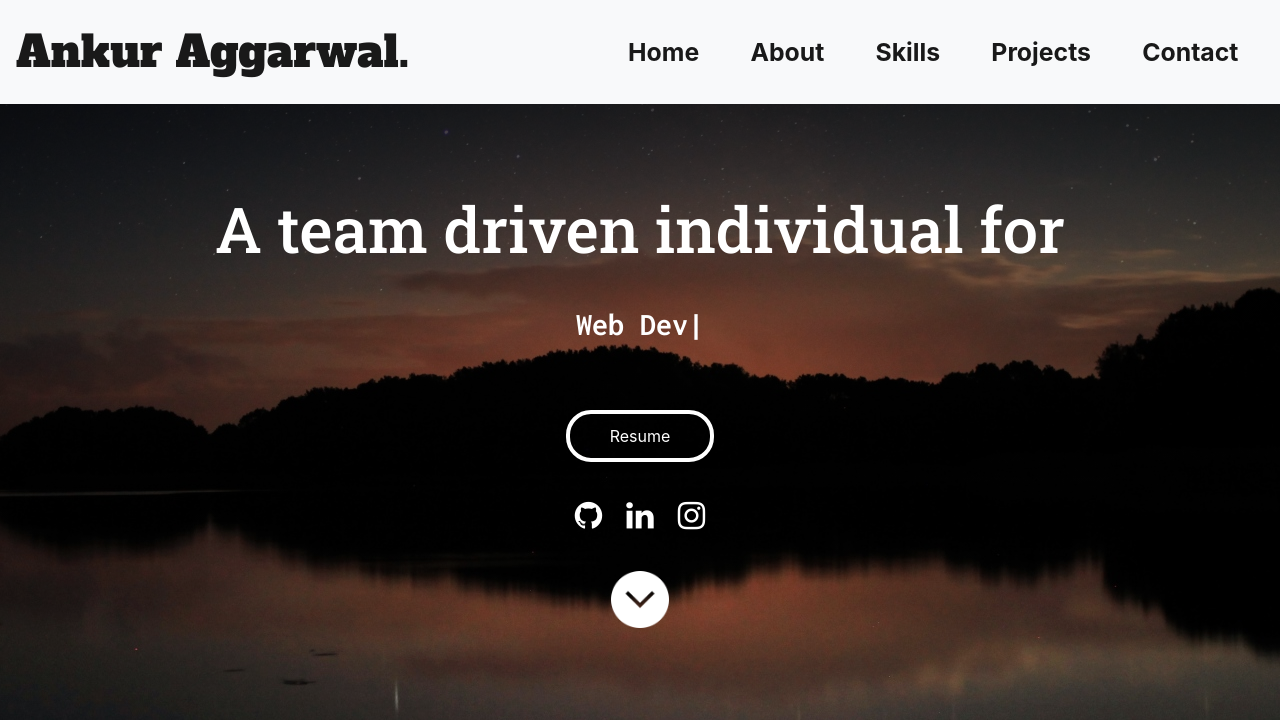
Repository: AnkurDevv/PersonalWebsite
Page: index.html
The author's editor kept a copy of each file at every save. The page is drawn from the files as they stood at one save, then again after the next save.
The browser window is 1280 px wide. The pictures show the whole page.

Above is the page before, as saved 2020-09-13 17:09:18.

### index.html
<!DOCTYPE html>
<html>

<head>
  <meta charset="utf-8">
  <meta http-equiv="X-UA-Compatible" content="IE=edge">
  <title>Ankur Aggarwal</title>
  <meta name="description" content="">
  <meta name="viewport" content="width=device-width, initial-scale=1">
  <!-- FONT AWESOME FOR SOCIAL MEDIA ICONS -->
  <link rel="stylesheet" href="https://cdnjs.cloudflare.com/ajax/libs/font-awesome/4.7.0/css/font-awesome.min.css">
  <!-- Importing Bootstrap here -->
  <link rel="stylesheet" href="https://stackpath.bootstrapcdn.com/bootstrap/4.4.1/css/bootstrap.min.css"
    integrity="sha384-Vkoo8x4CGsO3+Hhxv8T/Q5PaXtkKtu6ug5TOeNV6gBiFeWPGFN9MuhOf23Q9Ifjh" crossorigin="anonymous">
  <!--CUSTOM CSS FOR THE PAGE  -->
  <link rel="stylesheet" href="./style/index.css">
  <!-- FOR COOL ANIMATION EFFECTS -->
  <link rel="stylesheet" href="./style/animate.css">
  <!-- FOR COOL TYPING EFFECTS -->
  <script src="https://cdn.jsdelivr.net/npm/typed.js@2.0.11"></script>
  <!-- FOR GOOGLE FONTS - START -->
  <!-- for main heading -->
  <link
    href="https://fonts.googleapis.com/css2?family=Merienda:wght@700&family=Pacifico&family=Roboto&family=Roboto+Slab:wght@500&display=swap"
    rel="stylesheet">
  <!-- For Sub heading -->
  <link
    href="https://fonts.googleapis.com/css2?family=Inconsolata:wght@700&family=Merienda:wght@700&family=Pacifico&family=Roboto&family=Roboto+Slab:wght@500&display=swap"
    rel="stylesheet">
  <!-- For Navbar Logo -->
  <link href="https://fonts.googleapis.com/css2?family=Alfa+Slab+One&display=swap" rel="stylesheet">
  <!-- FOR GOOGLE FONTS - END -->
</head>

<body>
  <header>
    <nav class="navbar navbar-expand-lg navbar-light bg-light">
      <a class="navbar-brand" id="Brand-logo">Ankur Aggarwal.</a>
      <button class="navbar-toggler" type="button" data-toggle="collapse" data-target="#navbarNav"
        aria-controls="navbarNav" aria-expanded="false" aria-label="Toggle navigation">
        <span class="navbar-toggler-icon"></span>
      </button>
      <div class="collapse navbar-collapse" id="navbarNav">
        <ul class="navbar-nav">
          <li class="nav-item active">
            <a class="nav-link" href="#">Home</a>
          </li>
          <li class="nav-item active">
            <a class="nav-link" href="#">About</a>
          </li>
          <!-- <li class="nav-item active">
            <a class="nav-link" href="#">Why Me?</a>
          </li> -->
          <li class="nav-item active">
            <a class="nav-link" href="#">Skills</a>
          </li>
          <li class="nav-item active">
            <a class="nav-link" href="#">Projects</a>
          </li>
          <li class="nav-item active">
            <a class="nav-link" href="#">Contact</a>
          </li>
        </ul>
      </div>
    </nav>


    <!-- FIRST IMPRESSION SECTION - START -->
    <section class="first-impression-section">
      <div class="row first-impression-row">
        <h1 class="text-center animated fadeInDown" id="MainNameHeading">A team driven individual for
        </h1>
      </div>
      <div class="row">
        <h3 id="MainSubHeading">
          <span id="typed" style="white-space:pre;"></span>
          <!-- <span class="typed-cursor typed-cursor--blink">|</span> -->
        </h3>
      </div>

      <!-- RESUME BUTTON - START -->
      <div class="row" id="ResumeDiv">
        <a type="button" href="https://drive.google.com/file/d/129eEq26ATzqey1-hpHnRXs40bzbBVkSX/view?usp=sharing"
          target="blank" class="btn btn-primary" id="ResumeBtn">Resume</a>
      </div>
      <!-- RESUME BUTTON - END -->

      <!-- SOCIAL LINKS -->
      <div class="socialLinksDiv">
        <!-- github link -->
        <a href="https://github.com/AnkurDevv" target="blank" class="social-link"><i
            class="fa fa-github fa-2x text-white"></i></a>
        <!-- linkedin link -->
        <a href="https://www.linkedin.com/in/ankur-aggarwal2112/" target="blank" class="social-link"><i
            class="fa fa-linkedin fa-2x text-white"></i></a>
        <!-- instagram link -->
        <a href="https://www.instagram.com/ankur_2112/?hl=en" target="blank" class="social-link"><i
            class="fa fa-instagram fa-2x text-white"></i></a>
      </div>

      <!-- SCROLL DOWN INDICATOR -->
      <div class="scrollDownDiv">
        <a href="">
          <img src="images/downward Arrow.png" alt="" id="scroll-down-arrow" class="fadeUp">
        </a>
      </div>
    </section>
    <!-- FIRST IMPRESSION SECTION - END -->


  </header>

  <script>
    // JS FOR COOL TYPING EFFECT USING TYPE.JS -  START
    var options = {
      strings: ['Web Development.', 'Software Engineering.', 'Product Development.'],
      typeSpeed: 100,
      loop: true,
      backDelay: 800,
      backSpeed: 80,
      startDelay: 1000,
    };
    var typed = new Typed('#typed', options);
// JS FOR COOL TYPING EFFECT USING TYPE.JS -  END
  </script>

  <!-- NECESSARY JS FOR BOOTSTRAP - START -->
  <script src="https://code.jquery.com/jquery-3.4.1.slim.min.js"
    integrity="sha384-J6qa4849blE2+poT4WnyKhv5vZF5SrPo0iEjwBvKU7imGFAV0wwj1yYfoRSJoZ+n"
    crossorigin="anonymous"></script>
  <script src="https://cdn.jsdelivr.net/npm/popper.js@1.16.0/dist/umd/popper.min.js"
    integrity="sha384-Q6E9RHvbIyZFJoft+2mJbHaEWldlvI9IOYy5n3zV9zzTtmI3UksdQRVvoxMfooAo"
    crossorigin="anonymous"></script>
  <script src="https://stackpath.bootstrapcdn.com/bootstrap/4.4.1/js/bootstrap.min.js"
    integrity="sha384-wfSDF2E50Y2D1uUdj0O3uMBJnjuUD4Ih7YwaYd1iqfktj0Uod8GCExl3Og8ifwB6"
    crossorigin="anonymous"></script>
  <!-- NECESSARY JS FOR BOOTSTRAP - END -->

  <!-- ADDING JQUERY - START -->
  <script src="https://ajax.googleapis.com/ajax/libs/jquery/3.5.1/jquery.min.js"></script>
  <!-- ADDING JQUERY - END -->

  <!-- CUSTOM JS FOR THE PAGE - START  -->
  <script src="index.js"></script>
  <!-- CUSTOM JS FOR THE PAGE - END  -->
</body>

</html>

### style/index.css
body{
  margin-left: 0;
  margin-right: 0;
}

/* NAVBAR CSS - START */

#Brand-logo{
  font-family: 'Alfa Slab One', cursive;
  font-size: 270%;
}

.navbar-nav{
  margin-left: auto;
}

.nav-link{
  font-size: 155%;
  font-weight: 700;
  padding: 2vw!important;
}

@media only screen and (max-width: 992px) {
  .nav-link{
    text-align: center;
  }
}

@media only screen and (max-width: 600px) {

  #Brand-logo{
    font-size: 140%;
  }

  .navbar-nav{
    height: 100vh;
  }

  .nav-link{
    margin: 5vh auto;
  }

}

/* NAVBAR CSS - END */

/* FIRST IMPRESSION SECTION CSS - START */
header{
  height: 100vh; /* Takes 100% of the screen size */
  background: linear-gradient(rgba(0, 0, 0, 0.9), rgba(0, 0, 0, 0)), url(../images/sunset_skyline_lake_reflection_114025_1920x1080.jpg)no-repeat center center fixed;
  background-position: center;
  overflow: hidden;
  backdrop-filter: blur(10px);
}

#MainNameHeading{
  margin: 0 auto;
  margin-top: 12vh;
  font-size: 395%;
  color: white;
  font-family: 'Roboto Slab', serif;
  padding-bottom: 3%;
}

#MainSubHeading{
  margin: 0 auto;
  color: white;
  text-align: -webkit-center;
  font-family: 'Inconsolata', monospace;
  font-size: xx-large;
}

#ResumeBtn{
  -webkit-appearance: button;
  -moz-appearance: button;
  appearance: button;
  margin: 5% auto;
  margin-bottom: 2%;
  padding: 10px 3%;
  background-color: transparent;
  border: 4px solid white;
  border-radius: 25px;
}

#ResumeBtn:hover{
  background-color: white;
  color: black;
  font-weight: 700;
  font-size: 130%;
}

.socialLinksDiv{
  display: flex;
  justify-content: center;
  margin-bottom: 2%;
}

.social-link{
  margin: 12px;
}

.scrollDownDiv{
  display: flex;
  justify-content: center;
}

#scroll-down-arrow{
  display: none;
  max-width: 8vh;
}
                /* ADD A FLCIKER ANIMATION TO SCROLL DOWN IMG */

@keyframes flickerAnimation {
  0%   { opacity:1; }
  50%  { opacity:0; }
  100% { opacity:1; }
}
@-o-keyframes flickerAnimation{
  0%   { opacity:1; }
  50%  { opacity:0; }
  100% { opacity:1; }
}
@-moz-keyframes flickerAnimation{
  0%   { opacity:1; }
  50%  { opacity:0; }
  100% { opacity:1; }
}
@-webkit-keyframes flickerAnimation{
  0%   { opacity:1; }
  50%  { opacity:0; }
  100% { opacity:1; }
}

.animate-flicker {
  -webkit-animation: flickerAnimation 1s infinite;
  -moz-animation: flickerAnimation 1s infinite;
  -o-animation: flickerAnimation 1s infinite;
   animation: flickerAnimation 1s infinite;
}

            /* ADD A FLCIKER ANIMATION TO SCROLL DOWN IMG */

@media only screen and (max-width: 600px) {
  #scroll-down-arrow{
    max-width: 6vh;
    display: none;
  }
  #MainNameHeading{
    font-size: 245%;
    margin-top: 7vh;
  }
  #MainSubHeading{
    font-size: x-large;
  }
  .socialLinksDiv{
    margin-bottom: 15%;
  }
}
/* FIRST IMPRESSION SECTION CSS - ENDS */

### index.js
// CHANGING NAVBAR COLOR WHEN A USER HOVERS OVER A LINK
$(document).ready(function () {

  // makes nav transparent when user hovers on a link
  $(".nav-link").hover(function () {
    $('.navbar').addClass('bg-dark').removeClass('bg-light');
    $('#Brand-logo').css("color", "white");
    $('.nav-link').css("color", "white");
    $('.navbar-toggler').css("color", "white");
  });

  // makes nav non-transparent when user hovers on a link
  $(".navbar").mouseleave(function () {
    $('.navbar').addClass('bg-light').removeClass('bg-dark');
    $('#Brand-logo').css("color", "black");
    $('.nav-link').css("color", "black");
    $('.navbar-toggler').css("color", "black");
  });

  // show the downward arrow after 3 secs
  setTimeout(function () {
    $('#scroll-down-arrow').css("display", "block");
  }, 3000);

});

Loaded but not shown: style/animate.css (library)

After the next save:
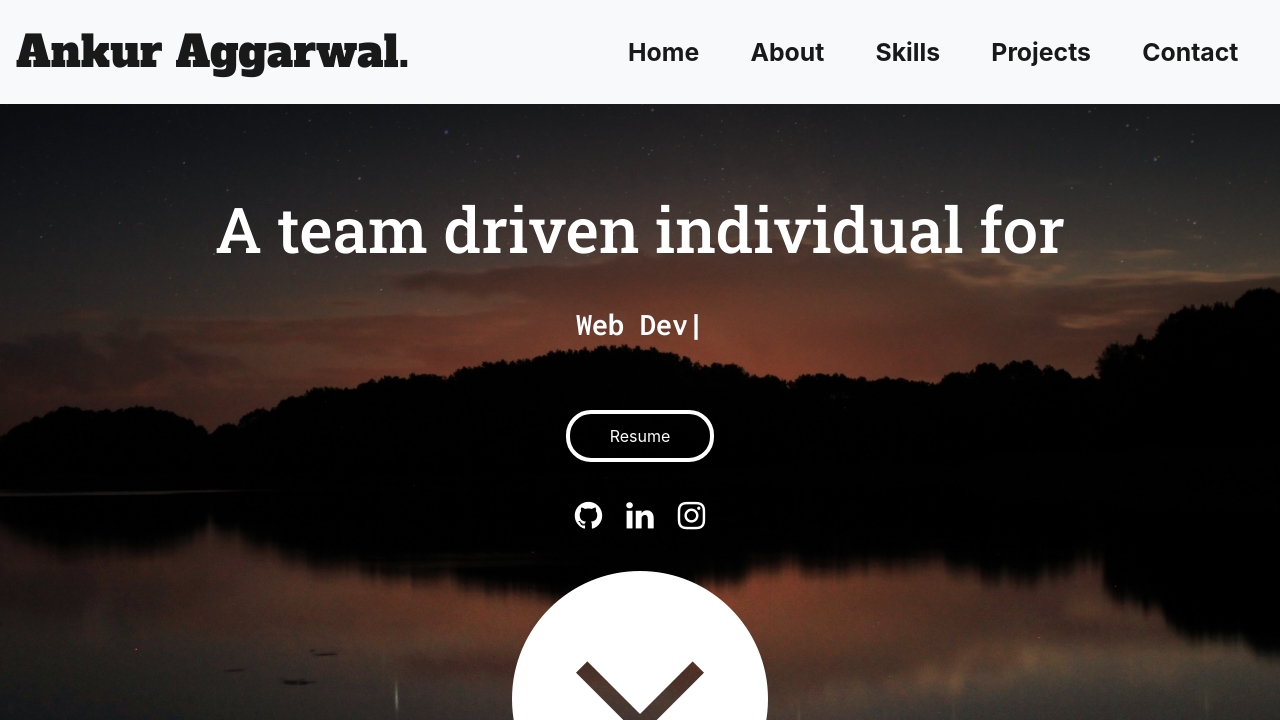
Saved 26 s later.
--- a/index.html
+++ b/index.html
@@ -101,7 +101,7 @@
       <!-- SCROLL DOWN INDICATOR -->
       <div class="scrollDownDiv">
         <a href="">
-          <img src="images/downward Arrow.png" alt="" id="scroll-down-arrow" class="fadeUp">
+          <img src="images/downward Arrow.png" alt="" id="" class="fadeUp">
         </a>
       </div>
     </section>

After the save that followed:
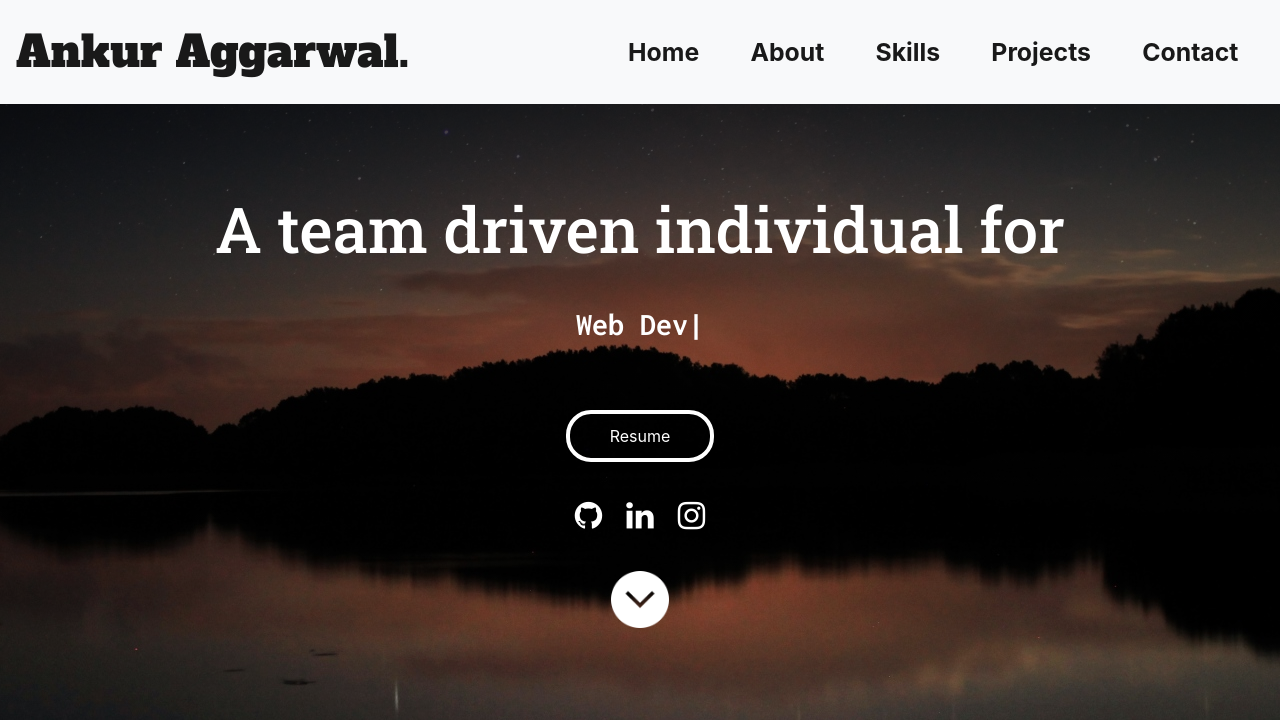
Saved 5 s later.
--- a/index.html
+++ b/index.html
@@ -101,7 +101,7 @@
       <!-- SCROLL DOWN INDICATOR -->
       <div class="scrollDownDiv">
         <a href="">
-          <img src="images/downward Arrow.png" alt="" id="" class="fadeUp">
+          <img src="images/downward Arrow.png" alt="" id="scroll-down-arrow" class="fadeUp">
         </a>
       </div>
     </section>
